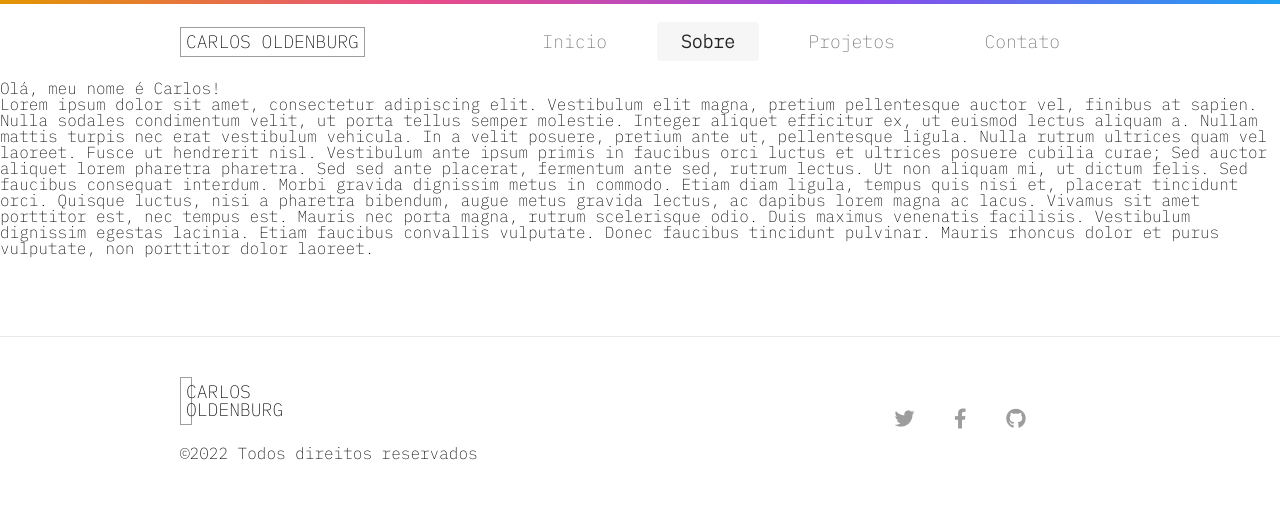
Repository: Carolden/PortfolioCrie
Page: sobre.html
An editor plug-in stored every save of this project. The page is shown before and after the next save, followed by the edit.
The browser window is 1280 px wide. The pictures show the whole page.

Above is the page before, as saved 2023-05-24 09:49:49.

After the next save:
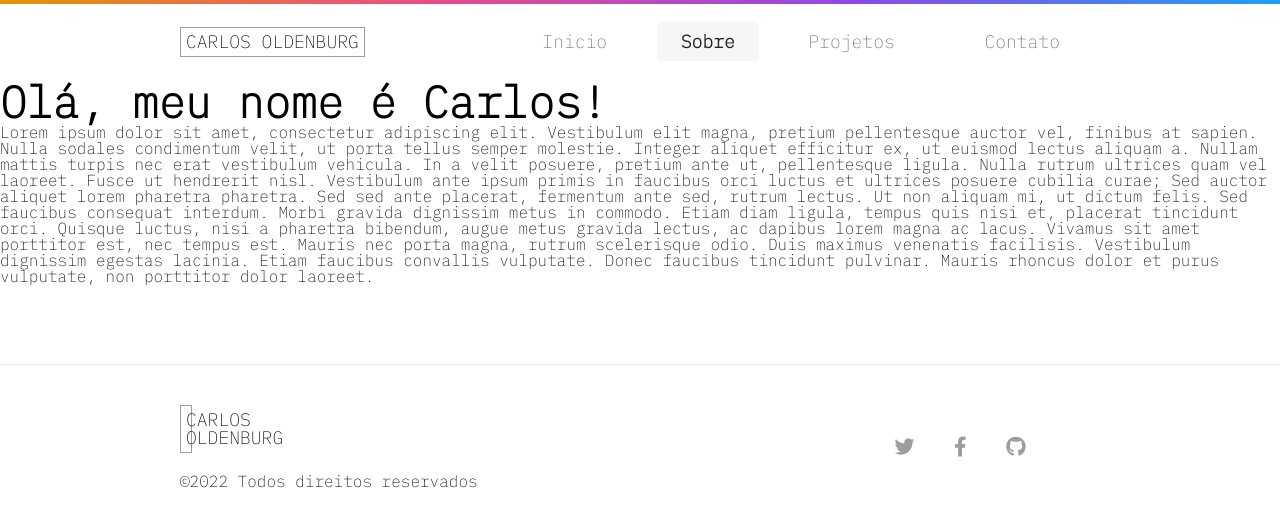
Saved 68 s later.
--- a/sobre.html
+++ b/sobre.html
@@ -50,7 +50,7 @@
 
         <span>
 
-        <h1>Olá, meu nome é Carlos!</h1>
+        <h1 class="section__title">Olá, meu nome é Carlos!</h1>
         <p>Lorem ipsum dolor sit amet, consectetur adipiscing elit. Vestibulum elit magna, pretium pellentesque auctor vel, finibus at sapien. Nulla sodales condimentum velit, ut porta tellus semper molestie. Integer aliquet efficitur ex, ut euismod lectus aliquam a. Nullam mattis turpis nec erat vestibulum vehicula.
 
             In a velit posuere, pretium ante ut, pellentesque ligula. Nulla rutrum ultrices quam vel laoreet. Fusce ut hendrerit nisl. Vestibulum ante ipsum primis in faucibus orci luctus et ultrices posuere cubilia curae; Sed auctor aliquet lorem pharetra pharetra. Sed sed ante placerat, fermentum ante sed, rutrum lectus. Ut non aliquam mi, ut dictum felis.
